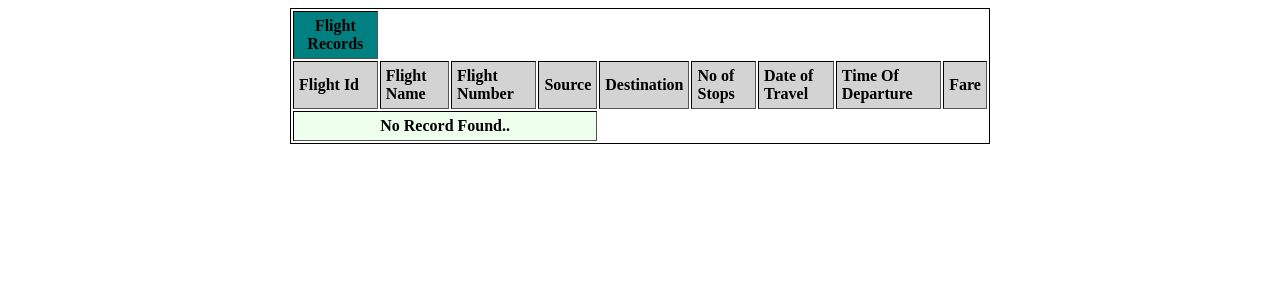
Repository: pawankas/Java_Mini_Project
Page: http://localhost/AirReservation/Search
These files come from the project's save history. The page is drawn as it stood at one moment and after the next save; the edit follows.
The browser window is 1280 px wide. The pictures show the whole page.
The page is served by Tomcat 9. Queries for data that is not in the repository find no rows.

Above is the page before, as saved 2022-03-17 17:38:01.

After the next save:
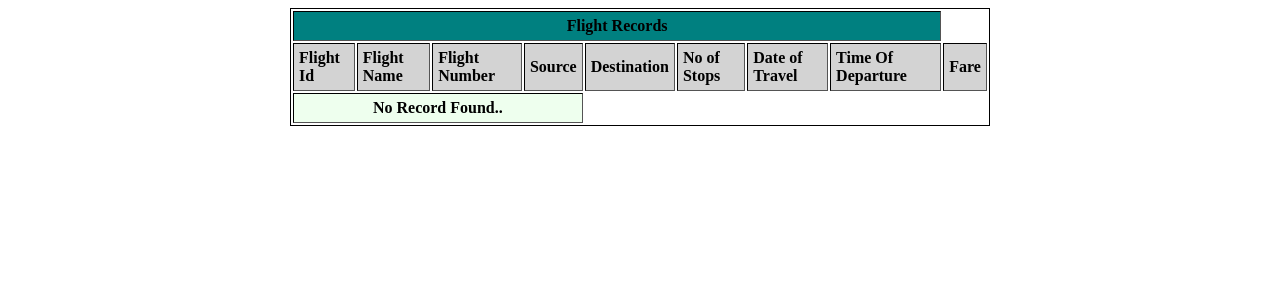
Saved 11 s later.
--- a/Mini_Project_Java/AirReservation/WebContent/SearchView.jsp
+++ b/Mini_Project_Java/AirReservation/WebContent/SearchView.jsp
@@ -8,7 +8,7 @@
         <table width="700px" align="center" border="1" cellpadding="5"
                style="border:1px solid #000000;">
             <tr>
-                <td align="center"
+                <td colspan=8 align="center"
                     style="background-color:teal">
                     <b>Flight Records</b></td>
             </tr>
